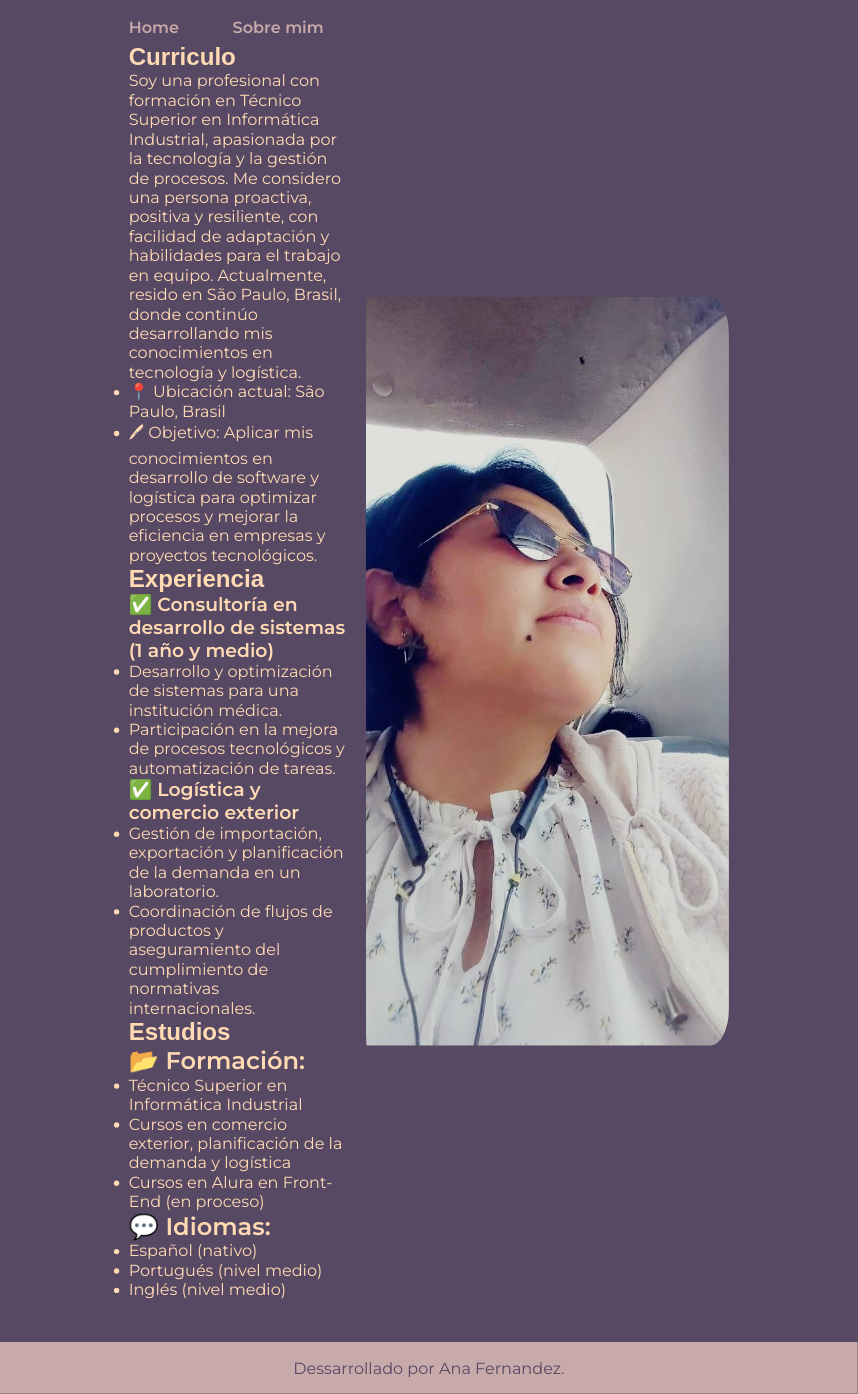
Repository: AnaFzCz/Portifolio-HTML-CSS-dinamico
Page: about.html
These files come from the project's save history. The page is drawn as it stood at one moment and after the next save; the edit follows.
The browser window is 1280 px wide. The pictures show the whole page, at 67% of full size.
Some web fonts or font styles are not loaded; a fallback is used.

Above is the page before, as saved 2025-02-10 23:11:22.

After the next save:
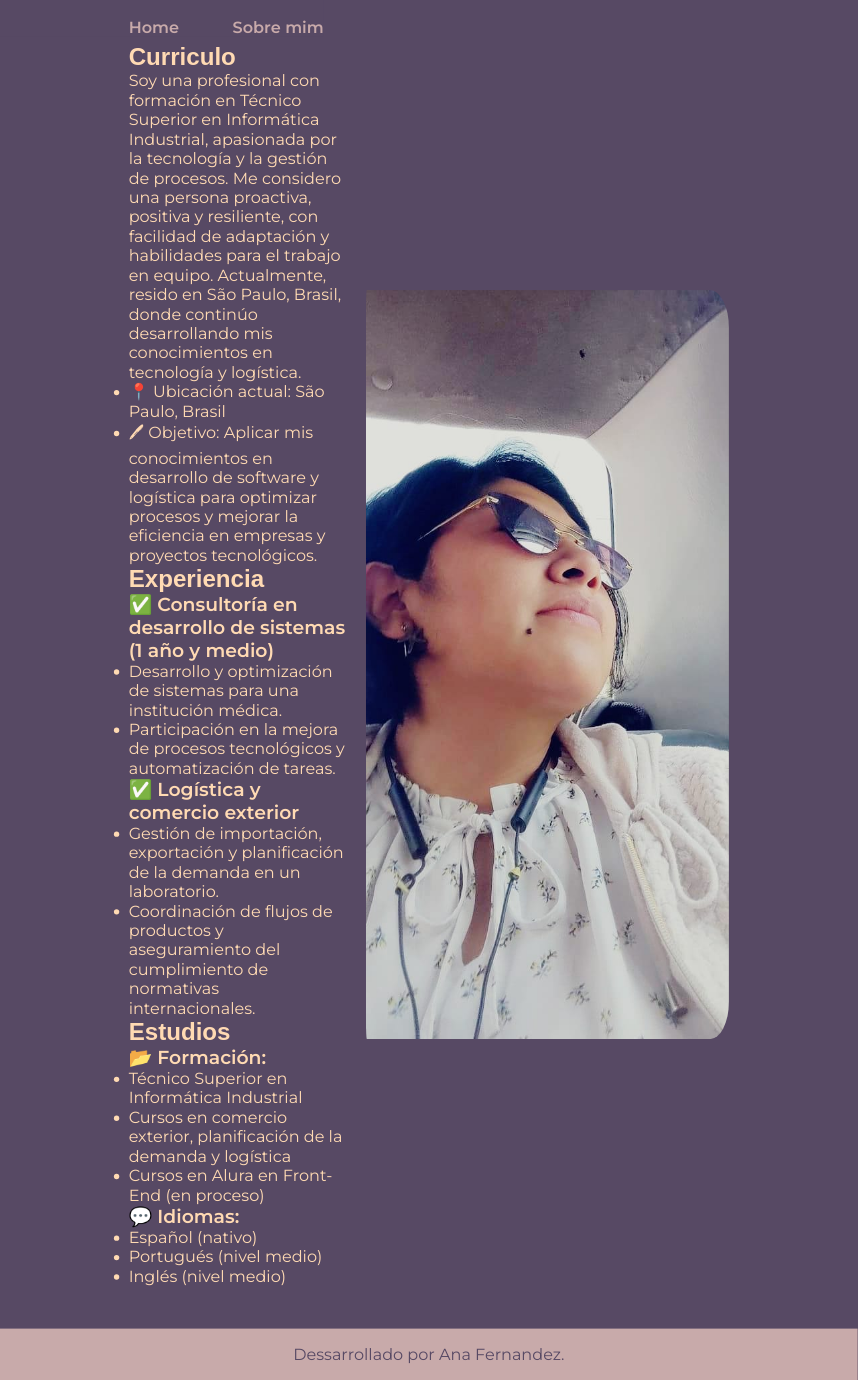
Saved 38 s later.
--- a/about.html
+++ b/about.html
@@ -40,28 +40,28 @@
             <h2 class="apresentacao__conteudo__titulo">Experiencia</h2>
 
             <h3>&#x2705 Consultoría en desarrollo de sistemas (1 año y medio)</h3>
-            <ul >
+            <ul>
                 <li>Desarrollo y optimización de sistemas para una institución médica.</li>
                 <li> Participación en la mejora de procesos tecnológicos y automatización de tareas.</li>
             </ul>
             <h3>&#x2705 Logística y comercio exterior</h3>
-            <ul >
+            <ul>
                 <li>Gestión de importación, exportación y planificación de la demanda en un laboratorio.</li>
                 <li>Coordinación de flujos de productos y aseguramiento del cumplimiento de normativas internacionales.
                 </li>
             </ul>
 
-            <h1 class="apresentacao__conteudo__titulo">Estudios</h1>
+            <h2 class="apresentacao__conteudo__titulo">Estudios</h2>
 
-            <h2> &#x1F4C2 Formación:</h2>
-            <ul >
+            <h3> &#x1F4C2 Formación:</h3>
+            <ul>
                 <li>Técnico Superior en Informática Industrial</li>
                 <li>Cursos en comercio exterior, planificación de la demanda y logística</li>
                 <li>Cursos en Alura en Front-End (en proceso)</li>
 
 
             </ul>
-            <h2>&#x1F4AC Idiomas:</h2>
+            <h3>&#x1F4AC Idiomas:</h3>
             <ul>
                 <li>Español (nativo)</li>
                 <li>Portugués (nivel medio)</li>
